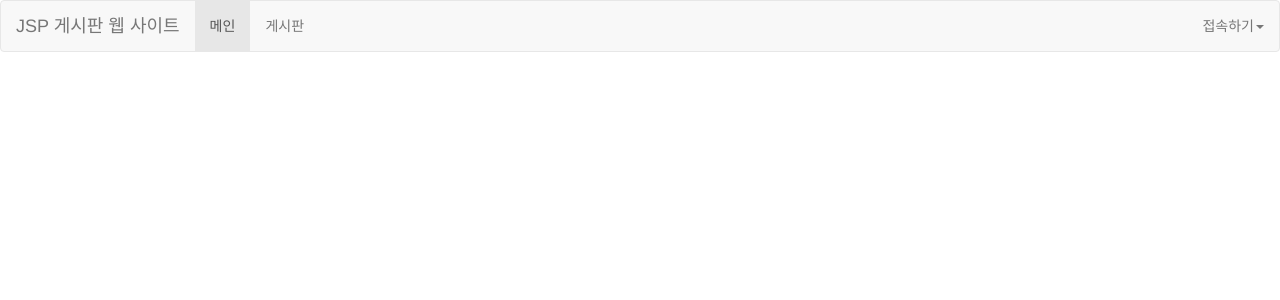
Repository: qqqkjh/JSP
Page: http://localhost/BBS/bbs.jsp
These files come from the project's save history. The page is drawn as it stood at one moment and after the next save; the edit follows.
The browser window is 1280 px wide. The pictures show the whole page.
Some web libraries are served in a nearby version. The page is served by Tomcat 9. Other server files are loaded and not shown.

Above is the page before, as saved 2020-01-11 05:58:59.

### projects/BBS/WebContent/bbs.jsp
<%@ page language="java" contentType="text/html; charset=UTF-8"
    pageEncoding="UTF-8"%>
<%@ page import="java.io.PrintWriter" %>
<!DOCTYPE html>
<html>
<head>
<meta charset="UTF-8">
<mate name = 'viewprot' content ="width=device=width", initial-scale="1">
<link rel = "stylesheet" href="css/bootstrap.css">
<title>JSP 웹사이트</title>
</head>
<body>
	<%
		String userID = null;
		if(session.getAttribute("userID")!=null){
			userID = (String) session.getAttribute("userID");
		}
	%>
	<nav class="navbar navbar-default">
		<div class="navbar-header">
			<button type="button" class="navbar-toggle collapsed"
			data-toggle="collapse" data-target="#bs-example-navbar-collapse-1"
			aria-expanded="false">
			<span class="icon-bar"></span> <!-- 네이게이션옆의 네모난버튼의 줄을의미 이경우 3줄-->
			<span class="icon-bar"></span>
			<span class="icon-bar"></span>
			</button>
			<a class="navbar-brand" href="main.jsp">JSP 게시판 웹 사이트</a>
		</div>
		<div class= "collapse navbar-collapse" id ="bs-example-navbar-collapse-1">
			<ul class="nav navbar-nav">
				<li class = 'active'><a href="main.jsp">메인</a></li>
				<li><a href="bbs.jsp">게시판</a></li>
			</ul>
			<%
			if(userID == null){

			%>
			<ul class ="nav navbar-nav navbar-right">
				<li class="dropdown">
				<a href="#" class ="dropdown=toggle"
				data-toggle="dropdown" role="button" aria-haspopup="true"
				aria-expanded="false">접속하기<span class="caret"></span></a>
				<ul class = "dropdown-menu">
					<li><a href="login.jsp">로그인</a></li>
					<li><a href="join.jsp">회원가입</a></li>
				</ul>
				</li>
			</ul>
			<%
				} else{
			%>
			<ul class ="nav navbar-nav navbar-right">
				<li class="dropdown">
				<a href="#" class ="dropdown=toggle"
				data-toggle="dropdown" role="button" aria-haspopup="true"
				aria-expanded="false">회원관리<span class="caret"></span></a>
				<ul class = "dropdown-menu">
					<li><a href="loginoutAction.jsp">로그아웃</a></li>

				</ul>
				</li>
			</ul>
			<%
				}
			%>

		</div>
	</nav>

	<script src = "https://code.jquery.com/jquery-3.1.1.min.js"></script>
	<script src = "js/bootstrap.js"></script>
</body>
</html>

Loaded but not shown: projects/BBS/WebContent/css/bootstrap.css (library); projects/BBS/WebContent/js/bootstrap.js (library)

After the next save:
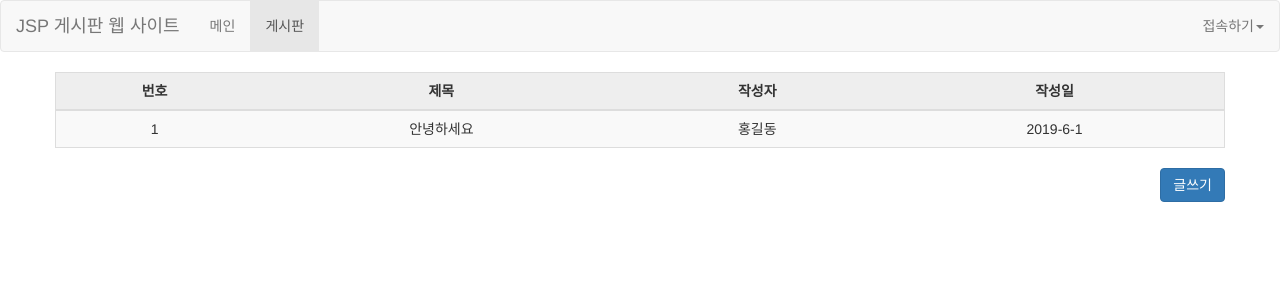
Saved 12 min 33 s later.
--- a/projects/BBS/WebContent/bbs.jsp
+++ b/projects/BBS/WebContent/bbs.jsp
@@ -29,8 +29,8 @@
 		</div>
 		<div class= "collapse navbar-collapse" id ="bs-example-navbar-collapse-1">
 			<ul class="nav navbar-nav">
-				<li class = 'active'><a href="main.jsp">메인</a></li>
-				<li><a href="bbs.jsp">게시판</a></li>
+				<li><a href="main.jsp">메인</a></li>
+				<li class = 'active'><a href="bbs.jsp">게시판</a></li>
 			</ul>
 			<%
 			if(userID == null){
@@ -67,6 +67,31 @@
 
 		</div>
 	</nav>
+	<div class="container">
+		<div class ="row">
+			<table class = "table table-striped" style="text-align: center; border: 1px solid #dddddd">
+				<thead>
+					<tr>
+						<th style = "background-color: #eeeeee; text-align: center;">번호</th>
+						<th style = "background-color: #eeeeee; text-align: center;">제목</th>
+						<th style = "background-color: #eeeeee; text-align: center;">작성자</th>
+						<th style = "background-color: #eeeeee; text-align: center;">작성일</th>
+					</tr>
+				</thead>
+				<tbody>
+				<tr>
+					<td>1</td>
+					<td>안녕하세요</td>
+					<td>홍길동</td>
+					<td>2019-6-1</td>
+				</tr>
+				</tbody>
+				</table>
+				<a href = "write.jsp" class="btn btn-primary pull-right">글쓰기</a>
+
+		</div>
+	</div>
+
 
 	<script src = "https://code.jquery.com/jquery-3.1.1.min.js"></script>
 	<script src = "js/bootstrap.js"></script>
